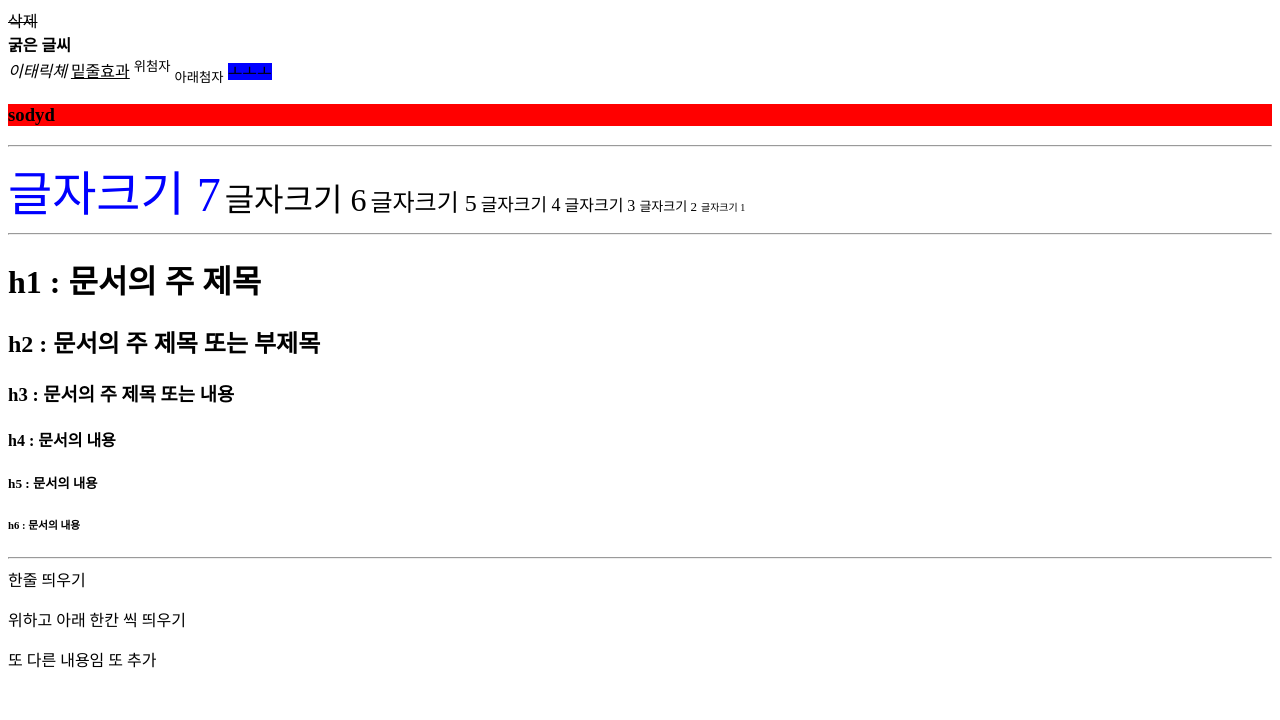
Repository: sika5382/jsp
Page: html/WebContent/NewFile.html
The author's editor kept a copy of each file at every save. The page is drawn from the files as they stood at one save, then again after the next save.
The browser window is 1280 px wide. The pictures show the whole page.

Above is the page before, as saved 2020-10-29 05:23:13.

### html/WebContent/NewFile.html
<!DOCTYPE html>
<html>
<head>
<meta charset="UTF-8">
<title>Insert title here</title>
</head>
<!--
<body text="white" bgcolor='black'>
	 -->
<body>

<strike>삭제</strike><br>
<b>굵은 글씨</b><br>
<i>이태릭체</i>
<u>밑줄효과</u>
<sup>위첨자</sup>
<sub>아래첨자</sub>

<font style="background-color:blue;">ㅗㅗㅗ</font>
<h3 style="background-color:red;">sodyd</h3>

<hr>

<font size="7" face="궁서체" color="blue">글자크기 7</font>
<font size="6">글자크기 6</font>
<font size="5">글자크기 5</font>
<font size="4">글자크기 4</font>
<font size="3">글자크기 3</font>
<font size="2">글자크기 2</font>
<font size="1">글자크기 1</font>

<hr>

<h1> h1 : 문서의 주 제목</h1>
<h2> h2 : 문서의 주 제목 또는 부제목</h2>
<h3> h3 : 문서의 주 제목 또는 내용</h3>
<h4> h4 : 문서의 내용</h4>
<h5> h5 : 문서의 내용</h5>
<h6> h6 : 문서의 내용</h6>

<hr>
	 한줄 띄우기 <br>
	<p>위하고 아래 한칸 씩 띄우기 </p>

		 <!-- html 주석 -->
	또 다른 내용임
	또 추가
</body>
</html>

After the next save:
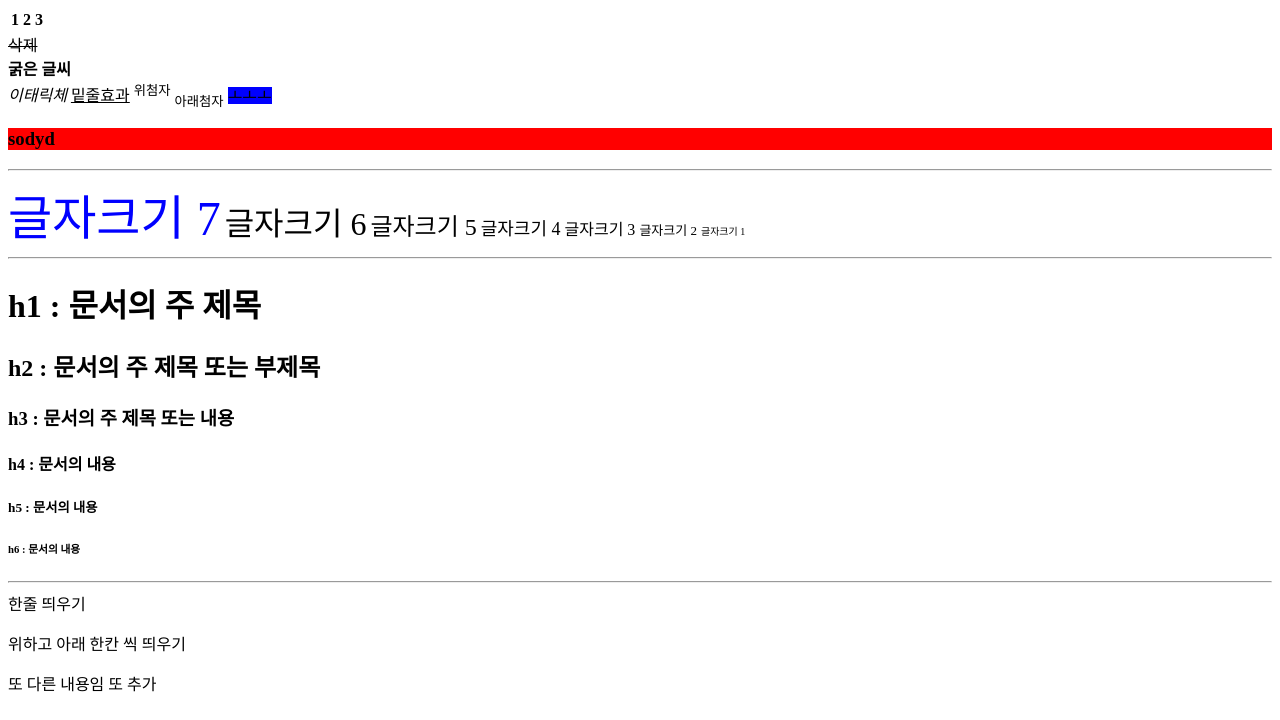
Saved 20 min 16 s later.
--- a/html/WebContent/NewFile.html
+++ b/html/WebContent/NewFile.html
@@ -8,6 +8,16 @@
 <body text="white" bgcolor='black'>
 	 -->
 <body>
+
+<table>
+	<tr>
+		<th>1</th>
+		<th>2</th>
+		<th>3</th>
+
+	</tr>
+
+</table>
 
 <strike>삭제</strike><br>
 <b>굵은 글씨</b><br>
